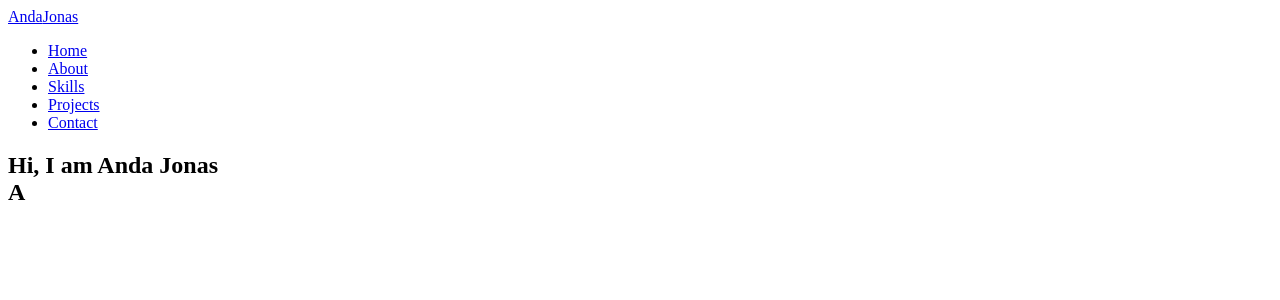
Repository: andajonas/ANDJON25111_fto2505_A_Anda-Jonas_CDV05
Page: index.html
These files come from the project's save history. The page is drawn as it stood at one moment and after the next save; the edit follows.
The browser window is 1280 px wide. The pictures show the whole page.

Above is the page before, as saved 2025-09-19 12:57:06.

After the next save:
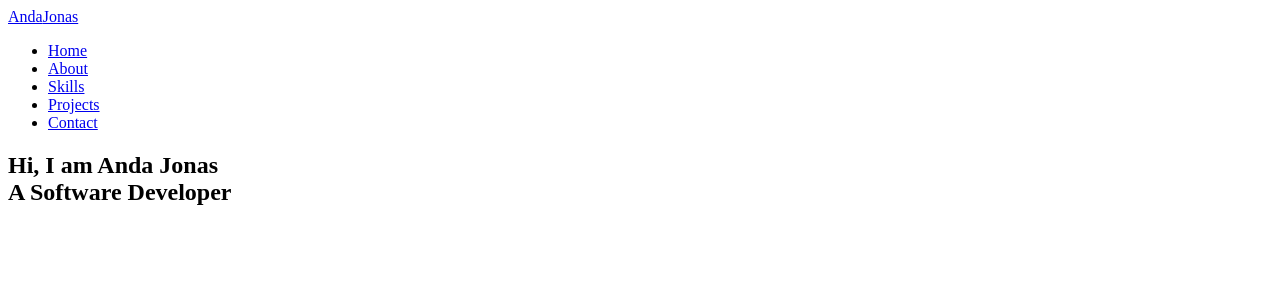
Saved 12 s later.
--- a/index.html
+++ b/index.html
@@ -30,4 +30,4 @@
         <div class="container">
             <div class="hero-content">
                 <div class="hero-text">
-                    <h1>Hi, I am Anda Jonas<br><span>A </span></h1>
+                    <h1>Hi, I am Anda Jonas<br><span>A Software Developer</span></h1>
